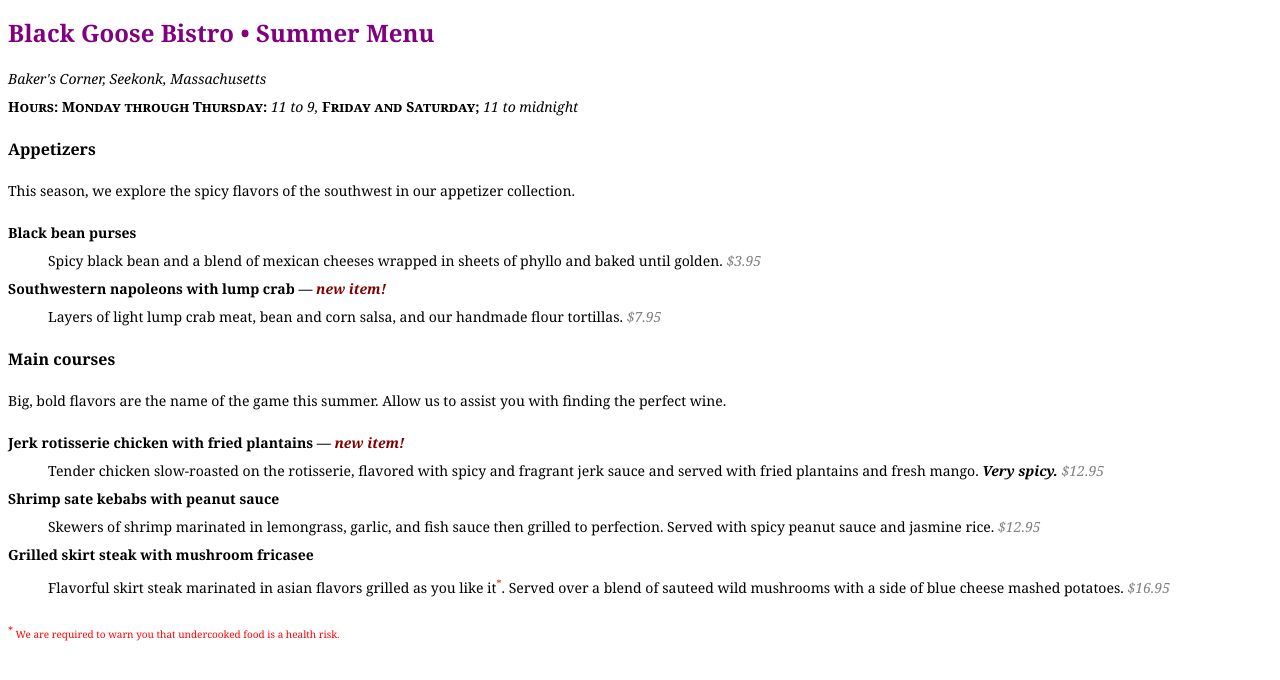
Repository: Lithium87/WebDesign
Page: Bistro/menu.html
An editor plug-in stored every save of this project. The page is shown before and after the next save, followed by the edit.
The browser window is 1280 px wide. The pictures show the whole page.
Some web fonts or font styles are not loaded; a fallback is used.

Above is the page before, as saved 2020-04-14 11:10:02.

### Bistro/menu.html
<!DOCTYPE html >
<html>

<head>
    <meta charset="utf-8">
    <title>Black Goose Bistro Summer Menu</title>
    <link href="http://fonts.googleapis.com/ css?family=Marko+One" rel="stylesheet">
    <style>
        body {
            font-family: Georgia, serif;
            font-size: 100%;
            line-height: 1.75em;
        }

        h1 {
            font: bold 1.5em "Marko One", Georgia, serif;
            color: purple;
        }

        h2 {
            font-size: 1em;
        }

        p,
        dl {
            font-size: 0.875em;
        }

        dt {
            font-weight: bold;
        }

        strong {
            font-style: italic;
        }

        dt strong {
            color: maroon;
        }

        #info p {
            font-style: italic;
        }

        .price {
            font-family: Georgia, serif;
            font-style: italic;
            color: grey;
        }

        .label {
            font-weight: bold;
            font-variant: small-caps;
            font-style: normal;
        }

        p.warning,
        sup {
            font-size: x-small;
            color: red;
        }
    </style>
</head>

<body>

    <div id="info">
        <h1>Black Goose Bistro &bull; Summer Menu</h1>

        <p>Baker's Corner, Seekonk, Massachusetts<br>
            <span class="label">Hours: Monday through Thursday:</span> 11 to 9, <span class="label">Friday and Saturday;</span> 11 to midnight</p>
    </div>

    <div id="appetizers">
        <h2>Appetizers</h2>
        <p>This season, we explore the spicy flavors of the southwest in our appetizer collection.</p>

        <dl>
            <dt>Black bean purses</dt>
            <dd>Spicy black bean and a blend of mexican cheeses wrapped in sheets of phyllo and baked until golden. <span class="price">$3.95</span></dd>

            <dt class="newitem">Southwestern napoleons with lump crab &mdash; <strong>new item!</strong></dt>
            <dd>Layers of light lump crab meat, bean and corn salsa, and our handmade flour tortillas. <span class="price">$7.95</span></dd>
        </dl>
    </div>

    <div id="entrees">

        <h2>Main courses</h2>
        <p>Big, bold flavors are the name of the game this summer. Allow us to assist you with finding the perfect wine.</p>


        <dl>

            <dt class="newitem">Jerk rotisserie chicken with fried plantains &mdash; <strong>new item!</strong></dt>
            <dd>Tender chicken slow-roasted on the rotisserie, flavored with spicy and fragrant jerk sauce and served with fried plantains and fresh mango. <strong>Very spicy.</strong> <span class="price">$12.95</span></dd>

            <dt>Shrimp sate kebabs with peanut sauce</dt>
            <dd>Skewers of shrimp marinated in lemongrass, garlic, and fish sauce then grilled to perfection. Served with spicy peanut sauce and jasmine rice. <span class="price">$12.95</span></dd>

            <dt>Grilled skirt steak with mushroom fricasee</dt>
            <dd>Flavorful skirt steak marinated in asian flavors grilled as you like it<sup>*</sup>. Served over a blend of sauteed wild mushrooms with a side of blue cheese mashed potatoes. <span class="price">$16.95</span></dd>
        </dl>

    </div>

    <p class="warning"><sup>*</sup> We are required to warn you that undercooked food is a health risk.</p>

</body>

</html>

After the next save:
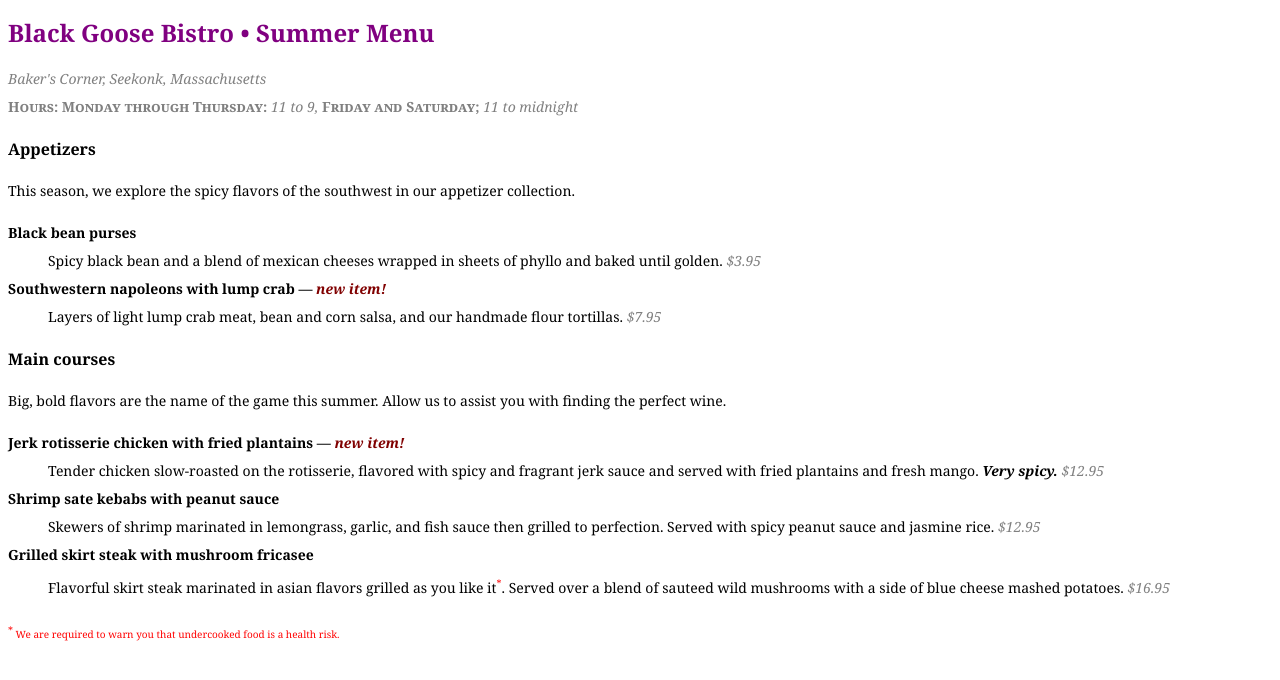
Saved 32 s later.
--- a/Bistro/menu.html
+++ b/Bistro/menu.html
@@ -40,6 +40,7 @@
 
         #info p {
             font-style: italic;
+            color: grey;
         }
 
         .price {
